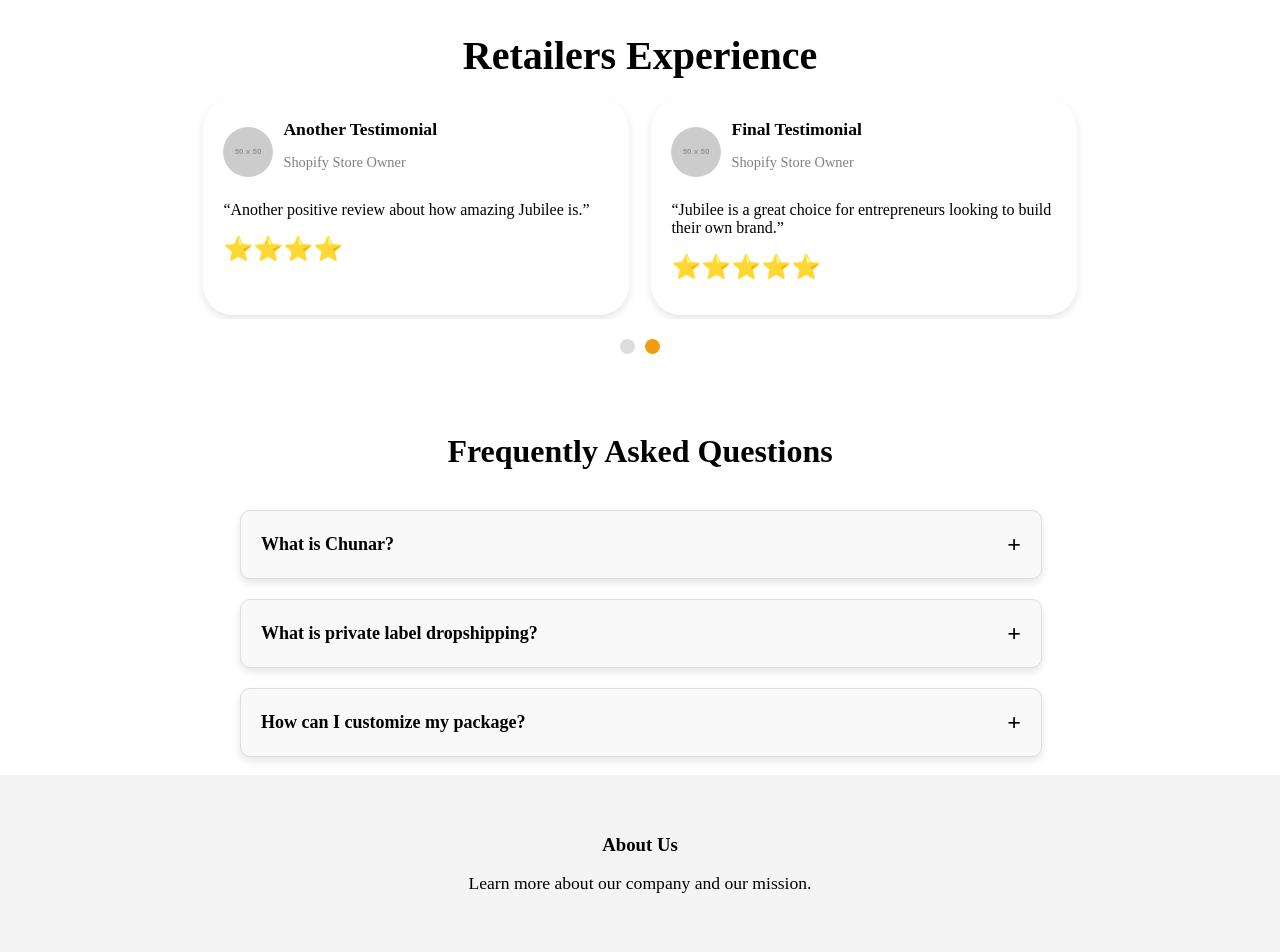
Repository: Nn-Exe/chunar-ecommerce
Page: / (app in ecommerce-frontend/)
The author's editor kept a copy of each file at every save. The page is drawn from the files as they stood at one save, then again after the next save.
The browser window is 1280 px wide. The pictures show the part of the page from y = 1063 to 2015 px (the page is 2015 px tall).
The page's requests for data from a server got no answer. The project was rebuilt for these pictures with package versions that can differ from the ones it lists, and the page was loaded fresh each time. No one was signed in, and anything a server would have sent is missing. Also part of the build but not shown: ecommerce-frontend/src/components/SocialMedia.js.

Above is the page before, as saved 2024-09-12 10:49:57.

### ecommerce-frontend/src/App.js
import React, { useState, useEffect } from 'react';
import './App.css';
import { BrowserRouter as Router, Route, Routes } from 'react-router-dom';  // Importing React Router
import Navbar from './components/Navbar';  // Correct way to import default export
import HeroSection from './components/HeroSection';  // Correct way to import default export
import ProductList from './components/ProductList';  // Correct way to import default export
import Faq from './components/Faq';  // Import the Faq component from the components folder
import TestimonialCarousel from './components/TestimonialCarousel';
import SocialMedia from './components/SocialMedia';


// Home page component (the default view)
function Home({ products }) {
  return (
    <div className="home-page">
      {/* Hero Section */}
      <div className="hero-container">
        <HeroSection />
      </div>

      {/* Featured Products Section */}
      <section className="products-section">
        <div className="section-header">
          <h2>Featured Products</h2>
        </div>

        <div className="product-grid">
          <ProductList products={products} />
        </div>
      </section>

      <br />

      {/* FAQ Section */}

      <TestimonialCarousel />
      <Faq />  {/* Using the imported Faq component */}

      {/* Add more sections here */}

      <br />

      <section className="about-section">
        <div className="about-content">
          <h3>About Us</h3>
          <p>Learn more about our company and our mission.</p>
        </div>
      </section>
    </div>
  );
}

<SocialMedia />

function Contacts() {
  return <h2>Contacts Page</h2>;
}

// function SocialMedia() {
//   // External link can be opened using an anchor tag, so no need for a separate page.
//   window.location.href = "https://linktr.ee/chunar.co";  // Redirect to external social media page
//   return null;
// }

function App() {
  const [products, setProducts] = useState([]);

  useEffect(() => {
    fetch('http://localhost:5000/api/products')
      .then((response) => response.json())
      .then((data) => setProducts(data))
      .catch((error) => console.error('Error fetching products:', error));
  }, []);

  return (
    <Router>
      <div className="App">
        <header className="App-header">
          <h1>Chunar.Co</h1>
          <Navbar />
        </header>

        <Routes>
          {/* Home page route */}
          <Route path="/" element={<Home products={products} />} />

          {/* Other pages */}
          <Route path="/SocialMedia" element={<SocialMedia />} />
          <Route path="/contacts" element={<Contacts />} />

          {/* Redirect to external social media link
          <Route path="/social-media" element={<SocialMedia />} /> */}
        </Routes>
      </div>
    </Router>
  );
}

export default App;

### ecommerce-frontend/src/App.css
/* Global for entire app */

* {
  font-family: 'Times New Roman', Times, serif;
}

/* .border-pink-pastel {
  --border: #f9a8d4;
} */


/* ------------- Main Structure ------------ */

.App-header {
  background-color: white;
  color: black;
  padding: 20px;
  text-align: center;
}

nav ul {
  list-style-type: none;
  padding: 0;
  margin: 0;
  display: flex;
  justify-content: center;
  gap: 20px;
}

nav ul li a {
  color: black;
  text-decoration: none;
  font-size: 16px;
}

.hero {
  position: relative;
  text-align: center;
}

.hero-banner {
  width: 100%;
  height: 700px;
  object-fit: cover;
}

.hero-text {
  position: absolute;
  top: 50%;
  left: 50%;
  transform: translate(-50%, -50%);
  color: white;
  font-size: 24px;
  font-weight: bold;
}

.products {
  padding: 40px;
  text-align: center;
}

.product-list {
  display: grid;
  grid-template-columns: repeat(5, 1fr);
  gap: 20px;
}

.product-card {
  border: 1px solid #ddd;
  padding: 20px;
  text-align: center;
  transition: transform 0.3s;
  border-radius: 20px;
}

.product-card img {
  max-width: 100%;
  height: auto;
  margin-bottom: 10px;
}

.product-card:hover {
  transform: scale(1.05);
}


.product-card img {
  width: 200px;
  height: 200px;
  object-fit: cover;   /* Ensures the image covers the given area */
  border-radius: 10px; /* Optional: adds rounded corners */
}



/* ----------- Home Div -------------- */

/* App.css */

.home-page {
  display: flex;
  flex-direction: column;
  align-items: center;
}

/* Hero Section */
.hero-container {
  width: 100%;
  margin-bottom: 20px;
}

/* Products Section */
.products-section {
  width: 80%;
  margin: 0 auto;
}

.section-header h2 {
  text-align: center;
  font-size: 2rem;
  margin-bottom: 20px;
}

/* About Section */
.about-section {
  background-color: #f4f4f4;
  padding: 40px;
  width: -webkit-fill-available;
  text-align: center;
}

.about-section h3 {
  margin-bottom: 10px;
}

.about-section p {
  font-size: 1.1rem;
}


/* ----------- FAQ Section ---------------- */


/* Center the FAQ section */
.faq-section {
  max-width: 800px; /* Set a larger max-width for the entire FAQ section */
  width: 100%;      /* Ensure it takes up 100% of the available width */
  margin: 0 auto;   /* Center the FAQ section on the page */
  text-align: center;
}

/* Style the header separately */
.faq-section h2 {
  font-size: 32px;
  margin-bottom: 40px;
}

/* Grid layout for the FAQ items (excluding the header) */
.faq-items {
  display: grid;
  grid-template-columns: 1fr; /* One column layout */
  gap: 20px; /* Space between the FAQ items */
}

/* Style each FAQ item */
.faq-item {
  border: 1px solid #ddd;
  border-radius: 10px;
  width: 100%; /* Make the FAQ item take up 100% of the container */
  background-color: #f9f9f9;
  box-shadow: 0 4px 8px rgba(0, 0, 0, 0.1);
  transition: transform 0.5s ease-in-out, background-color 330ms ease-in-out, box-shadow 330ms ease-in-out;
  overflow: hidden; /* Ensure content is hidden initially */
}

/* Box hover effect */
.faq-item:hover {
  box-shadow: 0 6px 12px rgba(0, 0, 0, 0.1);
  background-color: #f1f1f1;
}

/* Active FAQ item */
.faq-item.active {
  background-color: #ececec;
}

/* Style the FAQ question (clickable area) */
.faq-question {
  padding: 20px;
  cursor: pointer;
  display: flex;
  justify-content: space-between;
  align-items: center;
  font-weight: bold;
  font-size: 18px;
  width: 100%; /* Full width for the question area */
  box-sizing: border-box;
}

/* Style the FAQ answer */
.faq-answer {
  padding: 0 20px;
  overflow: hidden;
  max-height: 0;
  opacity: 0;
  transition: max-height 0.5s ease, opacity 0.5s ease;
  width: 100%; /* Full width for the answer area */
  box-sizing: border-box;
}

/* When the FAQ item is active, show the answer with a smooth transition */
.faq-item.active .faq-answer {
  max-height: 500px;
  opacity: 1;
  padding-bottom: 20px;
}

/* Style the icon for toggling */
.icon {
  font-size: 24px;
  font-weight: bold;
  transition: transform 0.3s ease;
}

.faq-item.active .icon {
  transform: rotate(45deg);
}

/* -----------  TestimonialCarousel ------------- */


/* Style for the testimonial section */
.testimonial-section {
  text-align: center;
  /* max-width: 800px; */
  margin: 0 auto;
  padding: 50px 0;
  padding-bottom: 3rem;
  padding-top: 3rem;
  width: 70%
}

.testimonial-section h2 {
  font-size: 2.5rem;
  margin-bottom: 20px;
}

/* Carousel container */
.carousel {
  display: flex;
  overflow: hidden;
  max-width: 100%; /* Ensure full width */
  margin: 0 auto;
}

.carousel-inner {
  display: flex;
  transition: transform 0.5s ease-in-out;
  width: calc(200% * 2); /* Width for two testimonials per slide */
}

/* Each card wrapper for two cards per slide */
.testimonial-card-wrapper {
  display: flex;
  flex: 0 0 50%; /* Each card takes 50% of the slide width */
  box-sizing: border-box;
  padding: 0 10px;
}

/* Testimonial card styling */
.testimonial-card {
  background-color: #fff;
  padding: 20px;
  border-radius: 30px;
  box-shadow: 0 4px 10px rgba(0, 0, 0, 0.1);
  text-align: left;
  margin: 0 auto;
  width: 90%;
  height: 80%;
  position: center;

}

.profile {
  display: flex;
  align-items: center;
}

.profile img {
  border-radius: 50%;
  margin-right: 10px;
}

.profile-details h4 {
  font-size: 1.1rem;
  margin: 0;
}

.profile-details p {
  font-size: 0.9rem;
  color: gray;
}

.stars {
  font-size: 1.5rem;
  color: #f39c12;
  margin-top: 10px;
}

/* Navigation dots */
.dots {
  margin-top: 20px;
}

.dot {
  height: 15px;
  width: 15px;
  margin: 0 5px;
  background-color: #ddd;
  border-radius: 50%;
  display: inline-block;
  cursor: pointer;
}

.active {
  background-color: #f39c12;
}

### ecommerce-frontend/src/components/Navbar.js
import React from 'react';
import { Link } from 'react-router-dom';

function Navbar() {
  return (
    <nav>
      <ul>
        <li><Link to="/">Home</Link></li>  {/* Links to the home page */}
        <li><Link to="/SocialMedia">Social Media</Link></li>  {/* Links to the live page */}
        {/* <li><a href="https://linktr.ee/chunar.co" target="_blank" rel="noopener noreferrer">Social Media</a></li> Opens external link in new tab */}
        <li><Link to="/contacts">Contacts</Link></li>  {/* Links to the contacts page */}
      </ul>
    </nav>
  );
}

export default Navbar;

### ecommerce-frontend/src/components/HeroSection.js
import React from 'react';

function HeroSection() {
  return (
    <section className="hero">
      <img src="https://raw.githubusercontent.com/Nn-Exe/chunar-images/master/banner/chunar%20banner.png" alt="Banner" className="hero-banner" />
      <div className="hero-text">
        {/* <h2>Three things cannot be long hidden: The Sun, The Moon, and The Truth.</h2> */}
      </div>
    </section>
  );
}

export default HeroSection;  // Ensure you have this line

### ecommerce-frontend/src/components/ProductList.js
import React from 'react';

function ProductList({ products }) {
  return (
    <div className="product-list">
      {products.length === 0 ? (
        <p>Loading products...</p>
      ) : (
        products.map((product) => (
          <div key={product.id} className="product-card">
              <img
                src={product.image}
                alt={product.name}
                className="product-image"
              />
            <h3>{product.name}</h3>
            <p>{product.description}</p>
            <p>{product.price} ฿</p>
          </div>
        ))
      )}
    </div>
  );
}

export default ProductList;

### ecommerce-frontend/src/components/Faq.js
import React, { useState } from 'react';

const Faq = () => {
  const [activeIndex, setActiveIndex] = useState(null);

  const toggleFaq = (index) => {
    setActiveIndex(activeIndex === index ? null : index);
  };

  return (
    <div className="faq-section">
      <h2>Frequently Asked Questions</h2>

      <div className="faq-items"> {/* Grid layout for the items */}
        <div className={`faq-item ${activeIndex === 0 ? 'active' : ''}`}>
          <div className="faq-question" onClick={() => toggleFaq(0)}>
            <span>What is Chunar?</span>
            <span className="icon">{activeIndex === 0 ? '-' : '+'}</span>
          </div>
          {activeIndex === 0 && (
            <div className="faq-answer">
              <p>Chunar is a dropshipping marketplace that lets you build your own cosmetic and skincare line with minimal upfront costs...</p>
            </div>
          )}
        </div>

        <div className={`faq-item ${activeIndex === 1 ? 'active' : ''}`}>
          <div className="faq-question" onClick={() => toggleFaq(1)}>
            <span>What is private label dropshipping?</span>
            <span className="icon">{activeIndex === 1 ? '-' : '+'}</span>
          </div>
          {activeIndex === 1 && (
            <div className="faq-answer">
              <p>Private label dropshipping allows you to sell products from suppliers with your own branding...</p>
            </div>
          )}
        </div>

        <div className={`faq-item ${activeIndex === 2 ? 'active' : ''}`}>
          <div className="faq-question" onClick={() => toggleFaq(2)}>
            <span>How can I customize my package?</span>
            <span className="icon">{activeIndex === 2 ? '-' : '+'}</span>
          </div>
          {activeIndex === 2 && (
            <div className="faq-answer">
              <p>Private labeling is a great way to showcase your brand...</p>
            </div>
          )}
        </div>
      </div>
    </div>
  );
};

export default Faq;

### ecommerce-frontend/src/components/TestimonialCarousel.js
import React, { useState, useEffect } from 'react';


const TestimonialCarousel = () => {
  const [currentSlide, setCurrentSlide] = useState(0);

  const testimonials = [
    {
      name: 'Supisara Permsuk',
      title: 'Chunar.Co Store Owner',
      text: '“I can’t say enough good things about Chunar. Our dropshipping model is efficient, and the product quality is excellent...”',
      stars: 5,
    },
    {
      name: 'Supapis Permsuk',
      title: 'Chunar.Co Store Owner',
      text: '“Starting my own beauty brand seemed daunting, but Jubilee made it incredibly easy. The customization options are fantastic...”',
      stars: 5,
    },
    {
      name: 'Another Testimonial',
      title: 'Shopify Store Owner',
      text: '“Another positive review about how amazing Jubilee is.”',
      stars: 4,
    },
    {
      name: 'Final Testimonial',
      title: 'Shopify Store Owner',
      text: '“Jubilee is a great choice for entrepreneurs looking to build their own brand.”',
      stars: 5,
    }
  ];

  // Calculate the number of slides needed (two testimonials per slide)
  const totalSlides = Math.ceil(testimonials.length / 2);

  // Auto-slide functionality
  useEffect(() => {
    const interval = setInterval(() => {
      setCurrentSlide((prevSlide) => (prevSlide + 1) % totalSlides);
    }, 4000); // Slide every 4 seconds
    return () => clearInterval(interval); // Cleanup interval on component unmount
  }, [totalSlides]);

  // Function to move the slides manually
  const moveSlide = (index) => {
    setCurrentSlide(index);
  };

  return (
    <div className="testimonial-section">
      <h2>Retailers Experience</h2>
      <div className="carousel">
        <div
          className="carousel-inner"
          style={{
            transform: `translateX(-${currentSlide * 100}%)`, // Move by 100% per slide
          }}
        >
          {testimonials.map((testimonial, index) => (
            <div className="testimonial-card-wrapper" key={index}>
              <div className="testimonial-card">
                <div className="profile">
                  <img
                    src="https://via.placeholder.com/50"
                    alt="Profile"
                  />
                  <div className="profile-details">
                    <h4>{testimonial.name}</h4>
                    <p>{testimonial.title}</p>
                  </div>
                </div>
                <p>{testimonial.text}</p>
                <div className="stars">
                  {'⭐'.repeat(testimonial.stars)}
                </div>
              </div>
            </div>
          ))}
        </div>
      </div>

      {/* Dots for navigation */}
      <div className="dots">
        {[...Array(totalSlides)].map((_, index) => (
          <span
            key={index}
            className={`dot ${index === currentSlide ? 'active' : ''}`}
            onClick={() => moveSlide(index)}
          ></span>
        ))}
      </div>
    </div>
  );
};

export default TestimonialCarousel;

Loaded but not shown: ecommerce-frontend/public/index.html (common file); ecommerce-frontend/src/index.js (common file); ecommerce-frontend/src/index.css (common file); ecommerce-frontend/src/reportWebVitals.js (common file)

After the next save:
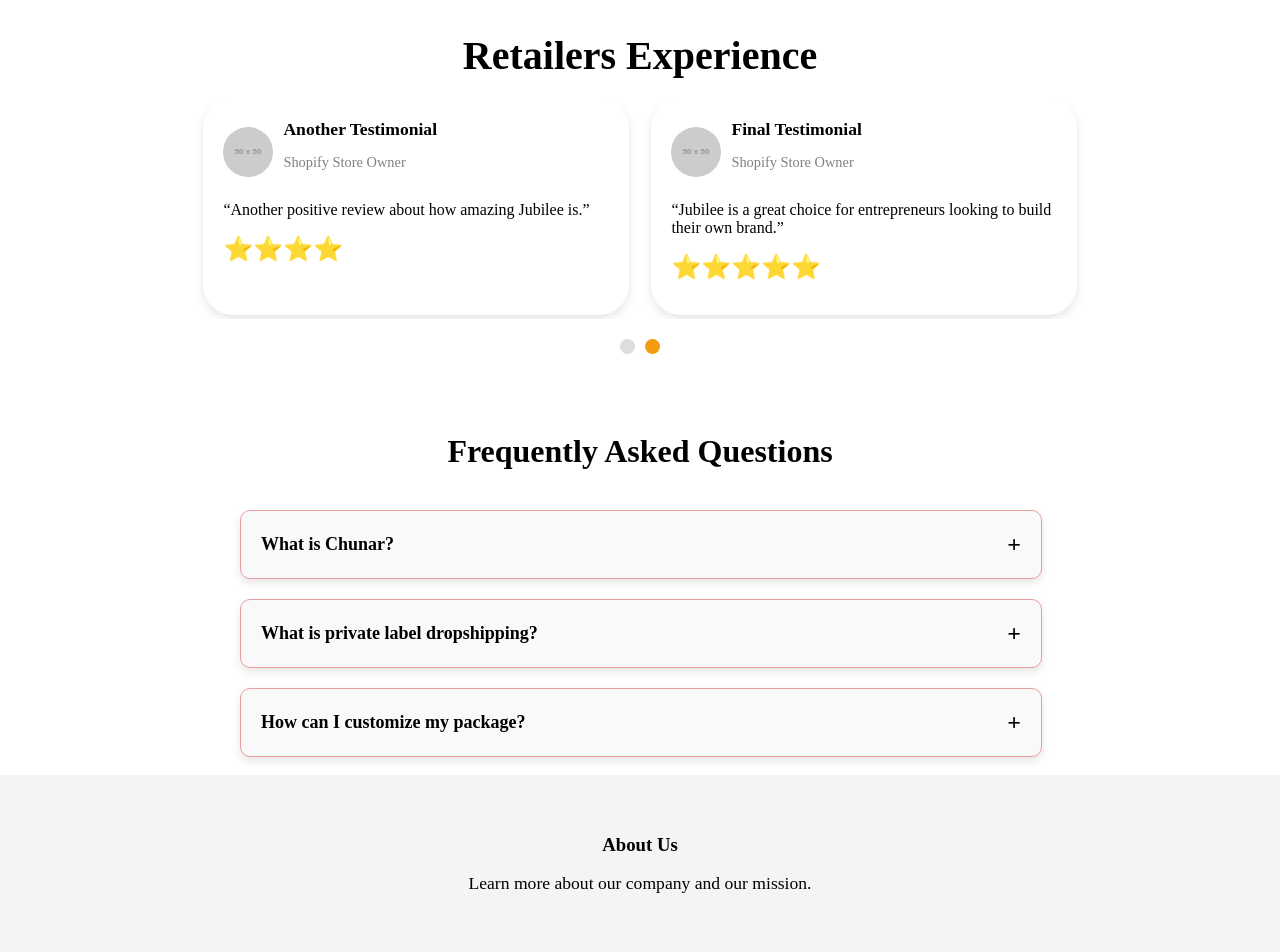
Saved 82 s later.
--- a/ecommerce-frontend/src/App.css
+++ b/ecommerce-frontend/src/App.css
@@ -171,6 +171,7 @@ nav ul li a {
   box-shadow: 0 4px 8px rgba(0, 0, 0, 0.1);
   transition: transform 0.5s ease-in-out, background-color 330ms ease-in-out, box-shadow 330ms ease-in-out;
   overflow: hidden; /* Ensure content is hidden initially */
+  border-color: #e89ea1;
 }
 
 /* Box hover effect */
